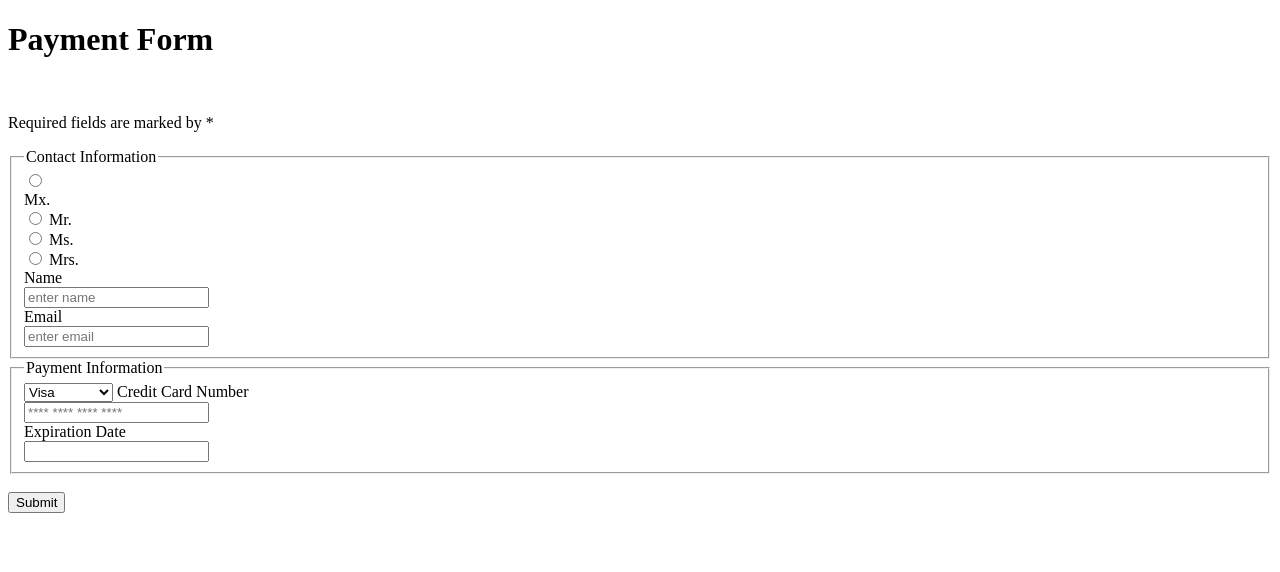
Repository: 10-2-pursuit/lab-intro-to-forms
Page: index.html
The author's editor kept a copy of each file at every save. The page is drawn from the files as they stood at one save, then again after a run of saves.
The browser window is 1280 px wide. The pictures show the whole page.

Above is the page before, as saved 2023-06-13 21:44:43.

After the next 6 saves:
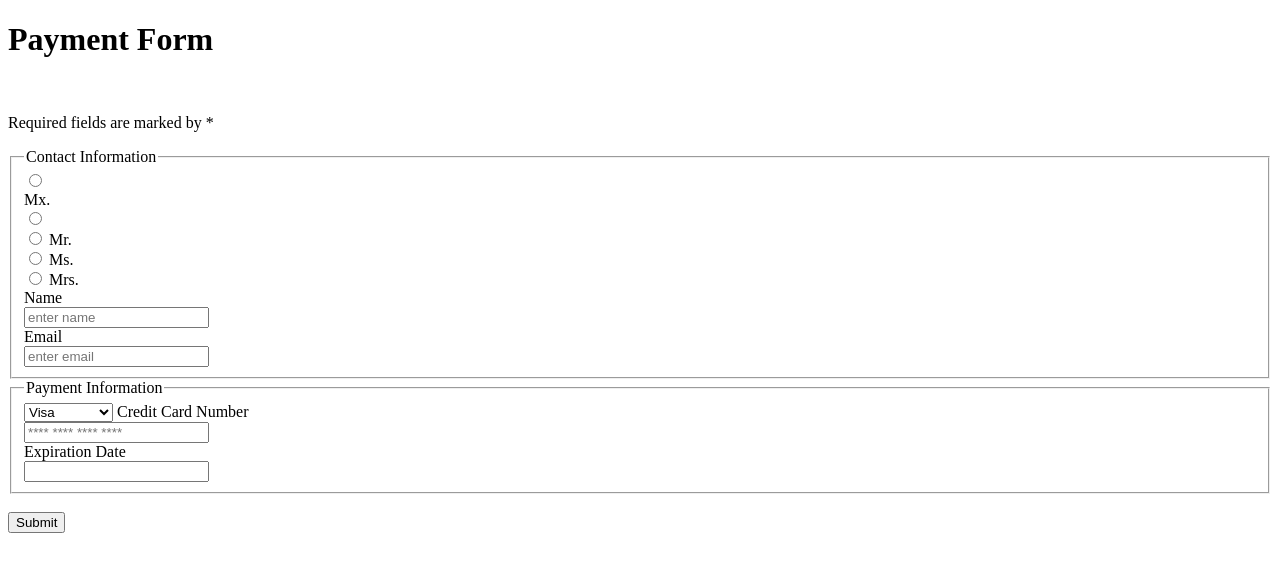
The 6 saves are shown as one change because they came seconds apart.
The last was saved 17 s later.
--- a/index.html
+++ b/index.html
@@ -15,7 +15,8 @@
             <input type="radio" name="prefix" id="prefixMx." >
             <br>
            <label for="Mx.">Mx.</label>
-
+           <br>
+           <input type="radio" name="prefix" id="prefixMx." >
            <br>
            <input type="radio" name="prefix" id="prefixMr.">
            <label for="Mr.">Mr.</label>
